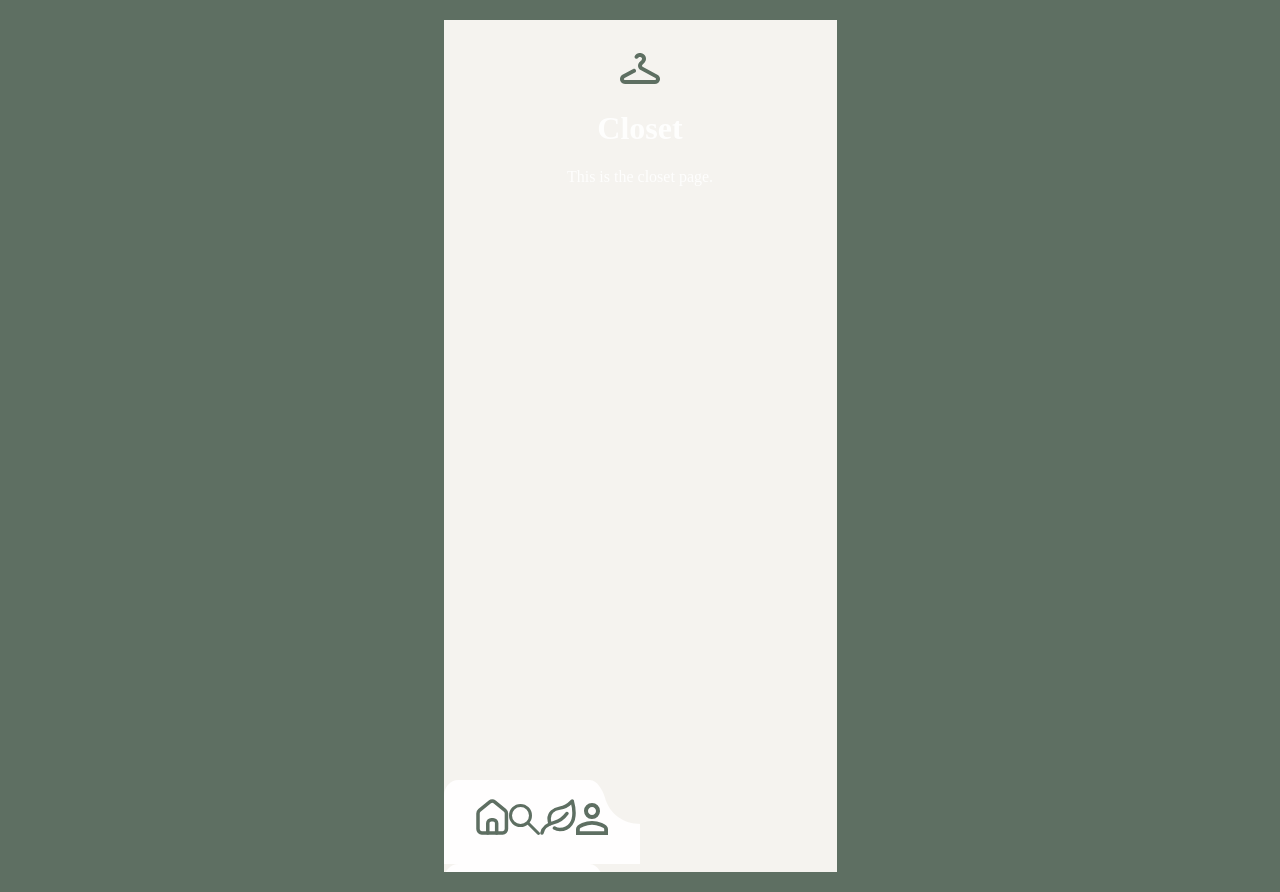
Repository: Strawb3rryjam/app-slotion
Page: /closet
These files come from the project's save history. The page is drawn as it stood at one moment and after the next save; the edit follows.
The browser window is 1280 px wide. The pictures show the whole page.
The project was rebuilt for these pictures with package versions that can differ from the ones it lists, and the page was loaded fresh each time. Also part of the build but not shown: vite.config.js. Imported but missing from the stored project, and not drawn on this page: src/pages/Home.

Above is the page before, as saved 2025-05-09 02:19:55.

### src/main.jsx
import { StrictMode } from 'react'
import { createRoot } from 'react-dom/client'
import './index.css'

import { BrowserRouter } from 'react-router-dom'
import App from './App.jsx'

createRoot(document.getElementById('root')).render(
  <StrictMode>
    <BrowserRouter>
      <App />
    </BrowserRouter>
  </StrictMode>
)

### src/index.css
:root {
  color: rgba(255, 255, 255, 0.87);
}

body {
  width: 393px;
  min-height: 852px;
  margin: 0 auto;
  margin-top: 20px;
  margin-bottom: 20px;

  background-color: #F5F3EF;
  position: relative;

}

html {
  background-color: #5E6F62;
}

### src/App.jsx
import './App.css'
import Home from './pages/Home'
import Closet from './pages/Closet'
import {Routes, Route} from 'react-router-dom'
import FinalNav from './components/finalNav.jsx'


function App() {
  return (
    <div>
      <FinalNav />
      <main className = "main-content">
        <Routes>
          <Route path = "/" element = {<Home />} />
          <Route path = "/closet" element = {<Closet />} />

        </Routes>
      </main>
    </div>

  )
}

export default App

### src/pages/Closet.jsx

function Closet() {
  return (
    <div>
      <h1>Closet</h1>
      <p>This is the closet page.</p>
    </div>
  );
}

export default Closet;

### src/components/finalNav.jsx
import NavBar from "../components/NavBar.jsx";
import ClosetButton from "../components/closetPageButton.jsx";


export default function FinalNav() {
    return (
        <div className="nav-container">
            <NavBar />
            <ClosetButton />
        </div>
    );
}

### src/components/NavBar.jsx
import { Link } from "react-router-dom";
import styles from "../css/NavBar.module.css";  // Use this to import styles

/*images*/
import navBase from "../assets/NavBar.svg";
import homeIcon from "../assets/Home.svg";
import searchIcon from "../assets/search.svg";
import closetIcon from "../assets/Hanger.svg";
import tipsIcon from "../assets/leaf.svg";
import profileIcon from "../assets/Profile.svg";

/*component*/
import ClosetButton from "../components/closetPageButton";


function NavBar() {
    return (
        <nav className={styles.navbar}> {/* Use styles.navbar for CSS modules */}
            <div className={styles["navbar-links"]}> {/* Use styles for other classes */}
                <Link to="/" className={styles.Home}>
                    <img src={homeIcon} alt="Home" className={styles["nav-icon"]} />
                </Link>
                <Link to="/Search" className={styles.Search}>
                    <img src={searchIcon} alt="Search" className={styles["nav-icon"]} />
                </Link>



                <Link to="/Tips" className={styles.Tips}>
                    <img src={tipsIcon} alt="Tips" className={styles["nav-icon"]} />
                </Link>
                <Link to="/Profile" className={styles.Profile}>
                    <img src={profileIcon} alt="Profile" className={styles["nav-icon"]} />
                </Link>


            </div>
        </nav>
    );
}

export default NavBar;

### src/components/closetPageButton.jsx
import { useState } from "react";
import { Link } from "react-router-dom";
import styles from "../css/closetPageButton.module.css"; // ✅ Make sure file name matches

// Import icons
import closetNotActive from "../assets/Hanger.svg";
import closetActive from "../assets/HangerActive.svg";



export default function ClosetButton() {
    const [isActive, setIsActive] = useState(false);

    const handleClick = () => {
        setIsActive(!isActive);
    };

    return (
        <div className={styles.closetWrapper}>
            {isActive && (
                <div className={styles.dropdown}>
                    <Link to="/CreatePost" className={styles.dropdownOption1}>Create Post</Link>
                    <Link to="/Closet" className={styles.dropdownOption2}>View Closet</Link>
                </div>
            )}
            <button onClick={handleClick} className={styles.Closet}>
                <img
                    src={isActive ? closetActive : closetNotActive}
                    alt="Closet"
                    className={styles["nav-icon"]}
                />
            </button>
        </div>
    );
}

### src/css/NavBar.module.css
.navbar {
    padding-top: 19px ;
    padding-bottom: 33px;
    padding-left: 32px;
    padding-right: 32px;


    position: absolute;
    bottom: 0;
    left: 0;
    display: flex;
    justify-content: center;  /* Align the navbar content centrally */
    background-image: url(../assets/NavBar.svg);
  }




  /*icons*/
  .Home {
    width: 28.444px;
    height: 32px;
  }

  .Search{
    width: 31px;
    height: 31px;
  }

  .Tips{
    width: 32px;
    height: 32px;
  }

.Profile{
  width: 32px;
  height: 32px;
}

### src/css/closetPageButton.module.css
.closetWrapper {
    position: relative;
    display: inline-block;
}

.dropdown {
    top: -110px; /* adjust as needed */
    border-radius: 8px;
    padding: 0.5rem;
    display: flex;
    flex-direction: column;
    align-items: center;

    gap: 0.5rem;
    z-index: 10;

    position: absolute;
    bottom: 100%;
    left: 50%;
    transform: translateX(-50%);

}

.dropdownOption1,
.dropdownOption2 {
    color: white;
    text-decoration: none; /* removes underline */
    padding: 0.5rem 1rem;
    border-radius: 4px;
    font-weight: bold;
    text-align: center;
    background-color: transparent;
    transition: background-color 0.2s;
    align-self: center;

    width: 361px;
    height: 59px;
    background-color: #4CAF50; /* green background */


}

.dropdownOption1:hover,
.dropdownOption2:hover {
    background-color: rgba(255, 255, 255, 0.2); /* subtle hover effect */
}

.Closet {
    background: none;
    border: none;
    cursor: pointer;
}

.nav-icon {
    width: 40px;
    height: auto;
}

Loaded but not shown: index.html (common file); src/App.css (common file)

After the next save:
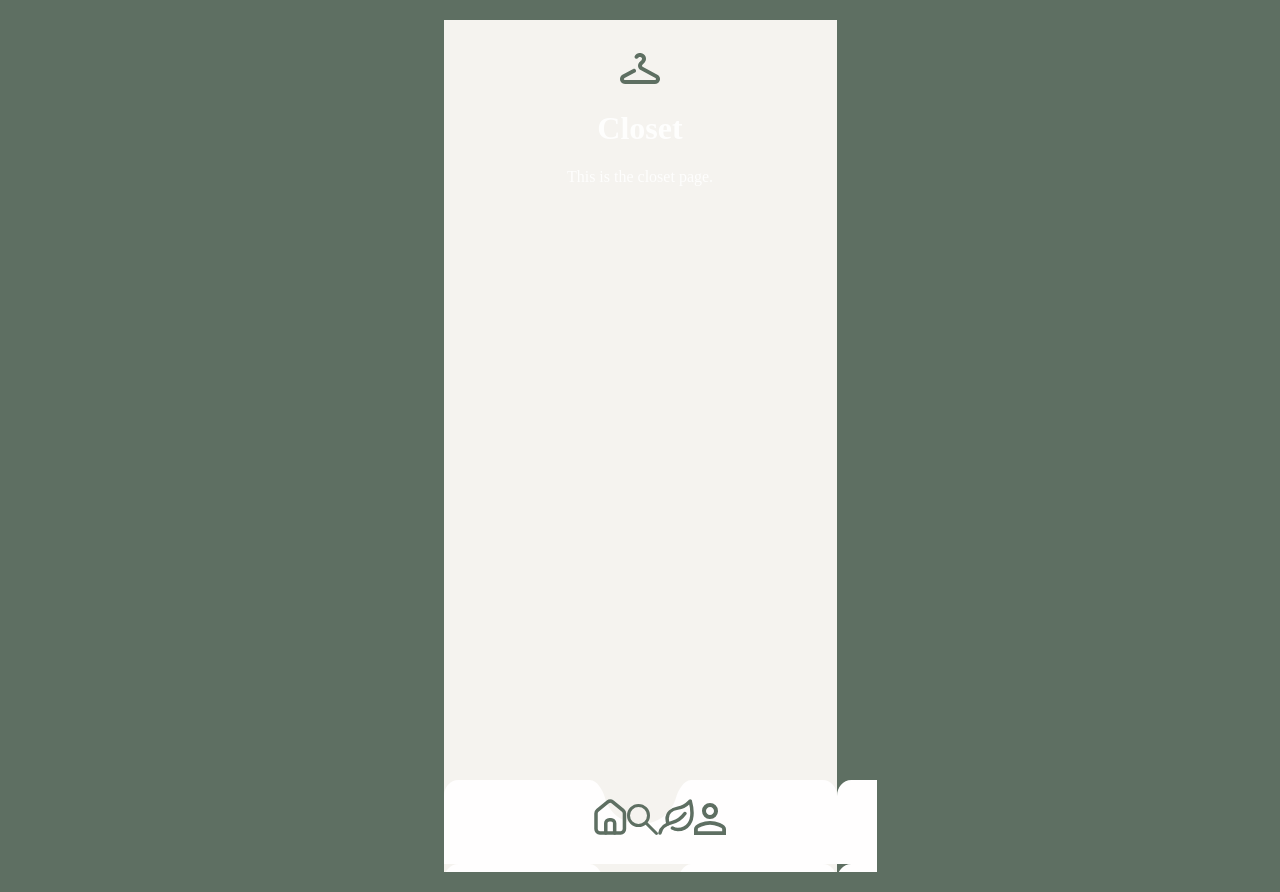
Saved 11 s later.
--- a/src/css/NavBar.module.css
+++ b/src/css/NavBar.module.css
@@ -11,6 +11,8 @@
     display: flex;
     justify-content: center;  /* Align the navbar content centrally */
     background-image: url(../assets/NavBar.svg);
+    width: 369px;
+
   }
 
 
